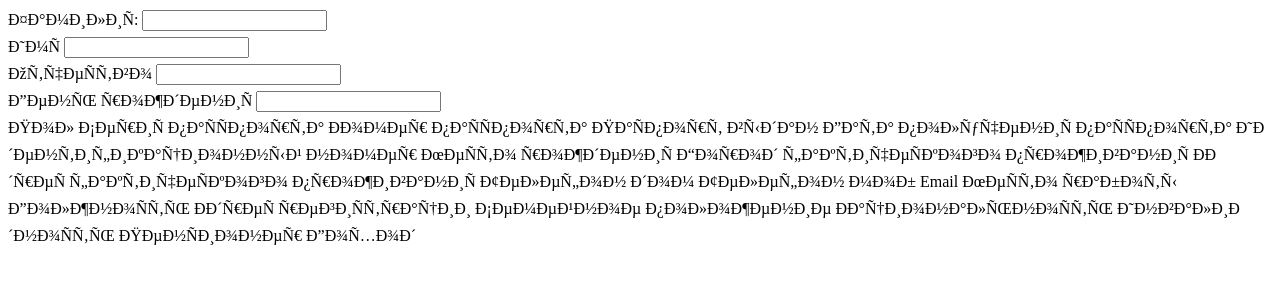
Repository: Westerte/JavaDevelopmentMay2015
Page: http://localhost/bank/jsp/common/add.jsp
These files come from the project's save history. The page is drawn as it stood at one moment and after the next save; the edit follows.
The browser window is 1280 px wide. The pictures show the whole page.
The page is served by Tomcat 9. The template is opened directly, without the code that normally fills it, so the values that code supplies are empty.

Above is the page before, as saved 2015-09-29 16:25:30.

After the next save:
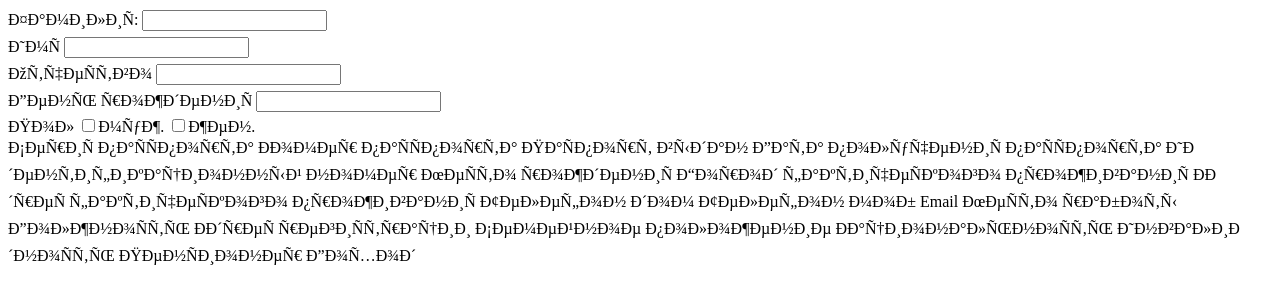
Saved 88 s later.
--- a/workspace/bank/WebContent/jsp/common/add.jsp
+++ b/workspace/bank/WebContent/jsp/common/add.jsp
@@ -25,6 +25,9 @@
 				<input type="text" name="birthDay">
 				<br>
 				Пол
+				<input type="checkbox" name="male" value="male">муж.
+				<input type="checkbox" name="male" value="female" id="female"><label for="female">жен.</label>
+				<br>
 				Серия пасспорта
 				Номер пасспорта
 				Паспорт выдан
